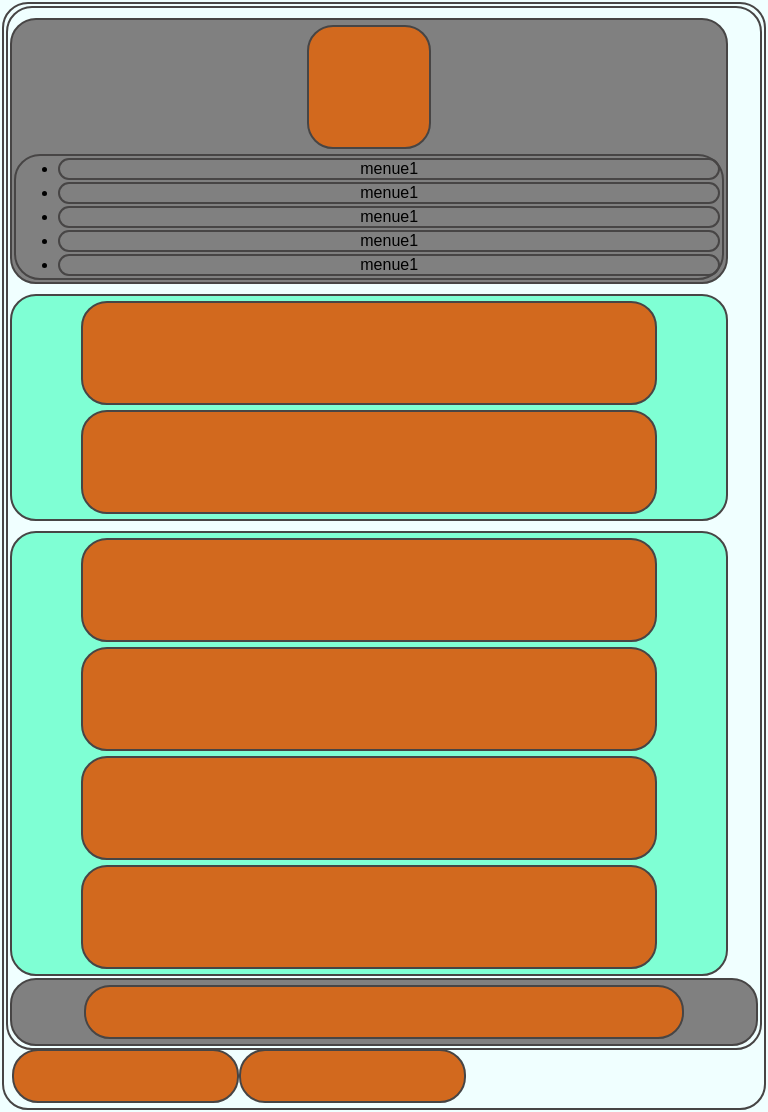
Repository: clairedupuich/cv-claireDUPUICH
Page: cv.html
These files come from the project's save history. The page is drawn as it stood at one moment and after the next save; the edit follows.
The browser window is 768 px wide. The pictures show the whole page.

Above is the page before, as saved 2020-10-08 13:28:17.

After the next save:
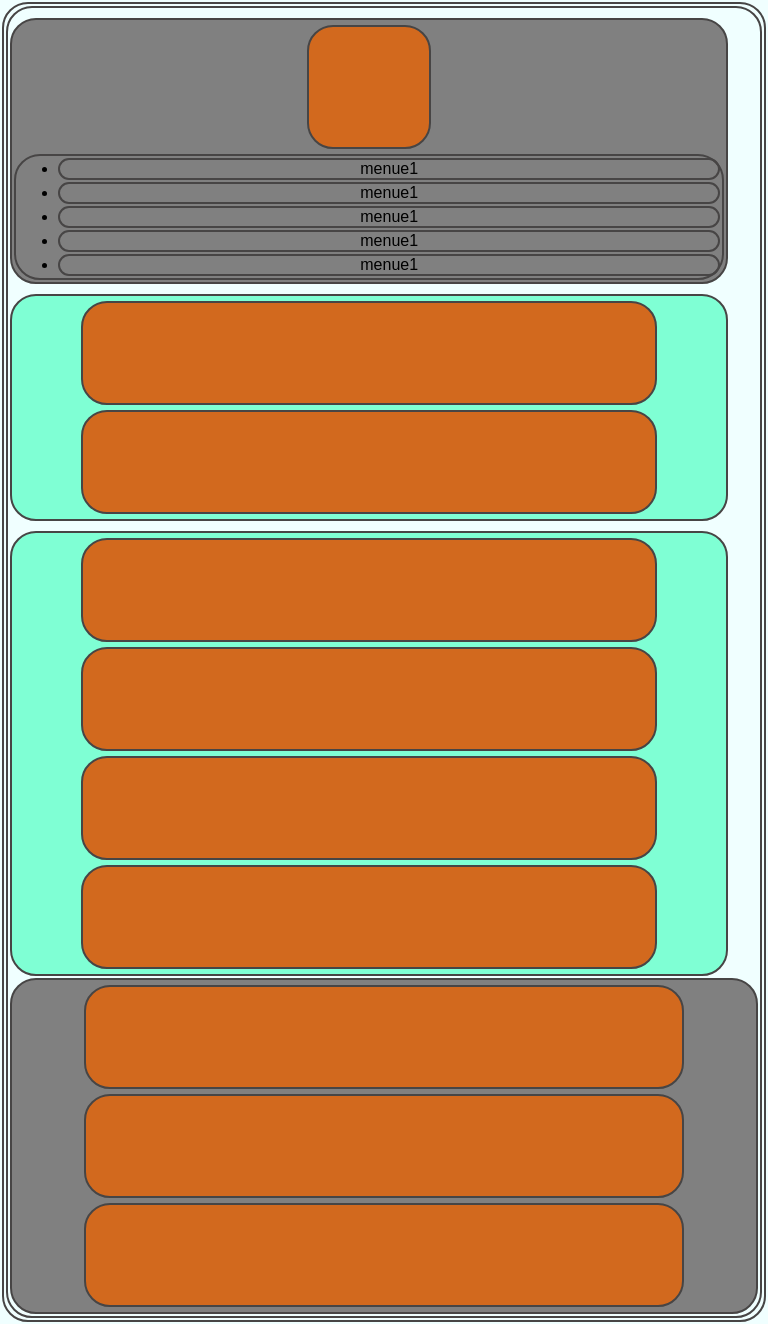
Saved 21 s later.
--- a/cv.css
+++ b/cv.css
@@ -35,15 +35,7 @@
     .header{
         background-color: gray;
     }
-    .footer1 {
-        height: 50px;
-    }
-    .footer2,
-    .footer3 {
-        height: 50px;
-        width: 30%;
-        float: left;
-    }
+
     .img {
         width:120px;
         height: 120px;
